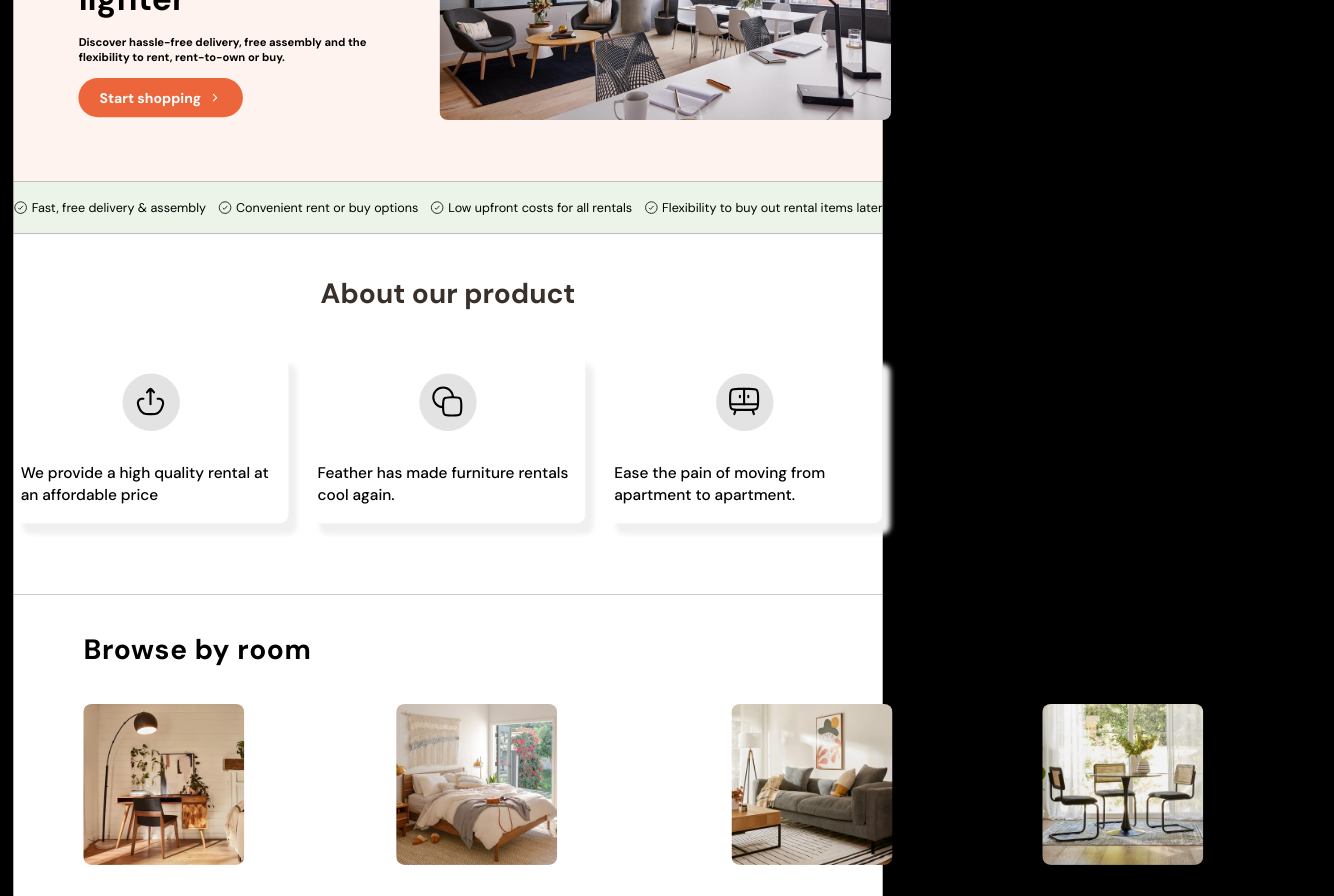
Repository: noman-source/Furniture-website
Page: index.html
An editor plug-in stored every save of this project. The page is shown before and after a run of saves, followed by the edit.
The browser window is 1280 px wide. The page is 1905 px wide, so the pictures cover 1905 px, including what lies to the right of the window. The pictures show the part of the page from y = 402 to 1682 px (the page is 4311 px tall), at 70% of full size.

Above is the page before, as saved 2025-07-04 12:58:19.

After the next 3 saves:
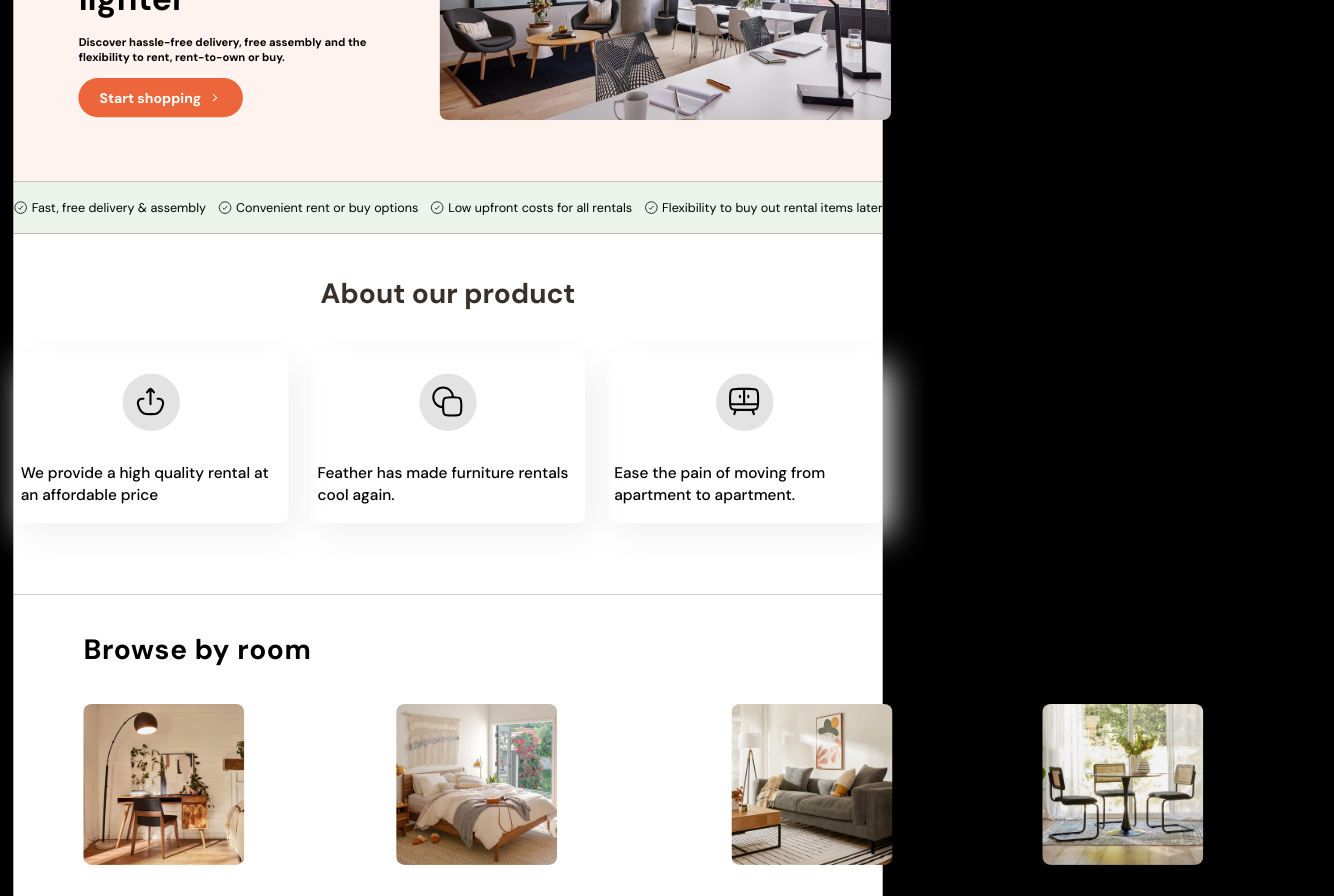
The 3 saves are shown as one change because they came seconds apart.
The last was saved 9 s later.
--- a/style.css
+++ b/style.css
@@ -202,7 +202,7 @@
     justify-content: center;
     flex-direction: column;
     gap: 50px;
-    box-shadow: 12px 16px 8px #F0F0F0;
+    box-shadow: 12px 16px 50px #F0F0F0;
 }
 
 .section3-content .box .circle {
